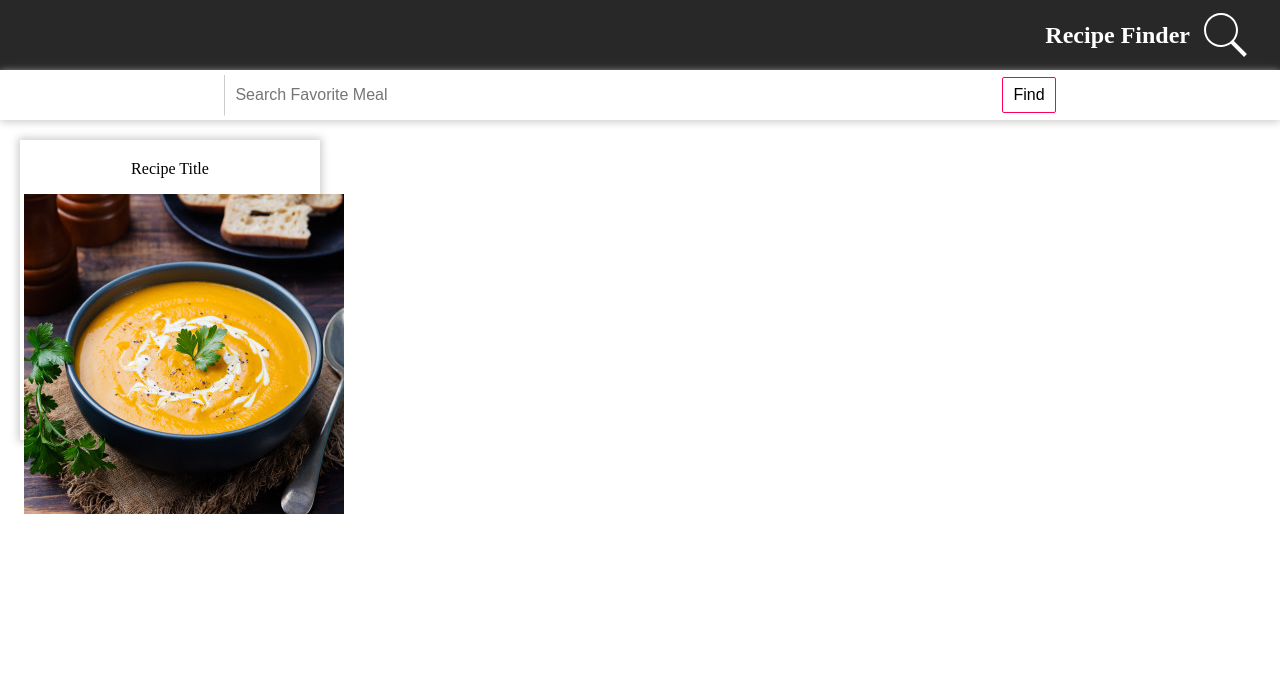
Repository: burntaftermint/recipes
Page: index.html
The author's editor kept a copy of each file at every save. The page is drawn from the files as they stood at one save, then again after the next save.
The browser window is 1280 px wide. The pictures show the whole page.

Above is the page before, as saved 2023-11-06 04:51:23.

After the next save:
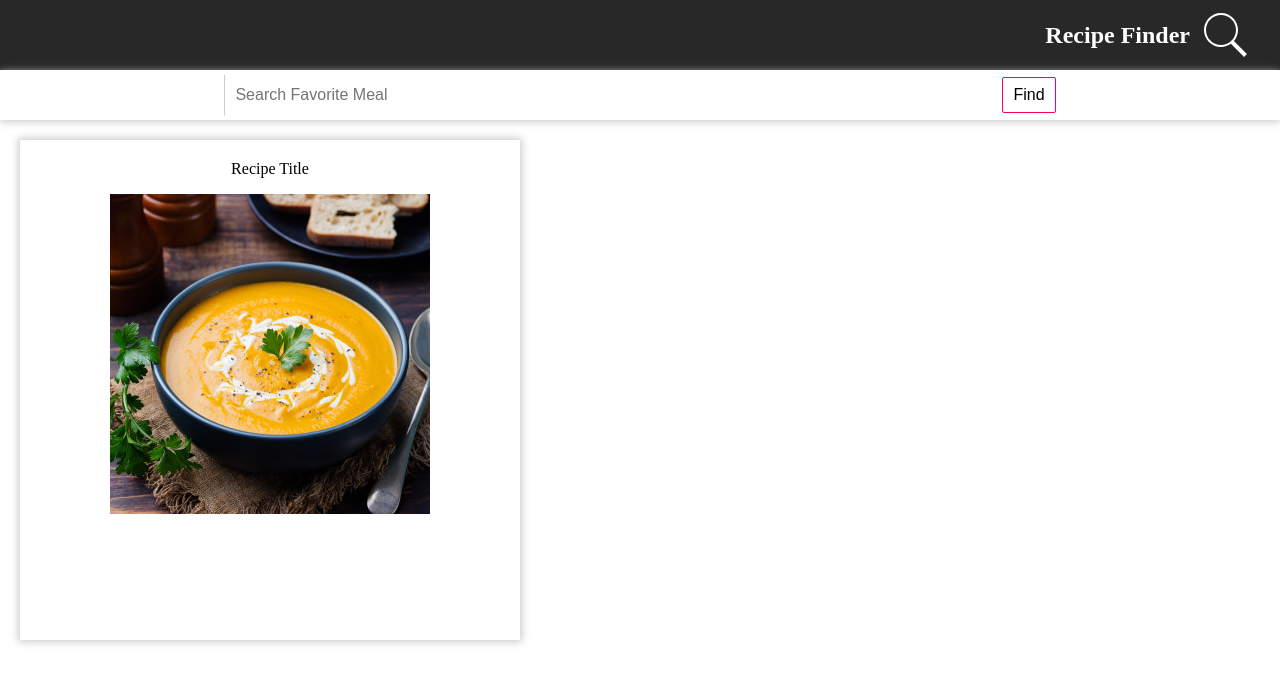
Saved 24 s later.
--- a/style.css
+++ b/style.css
@@ -87,8 +87,8 @@ header img {
 }
 
 .recipe {
-    height: 300px;
-    width: 300px;
+    height: 500px;
+    width: 500px;
     padding: 4px;
     box-shadow: 0px 0px 8px 2px var(--border-color);
     margin: 20px;
